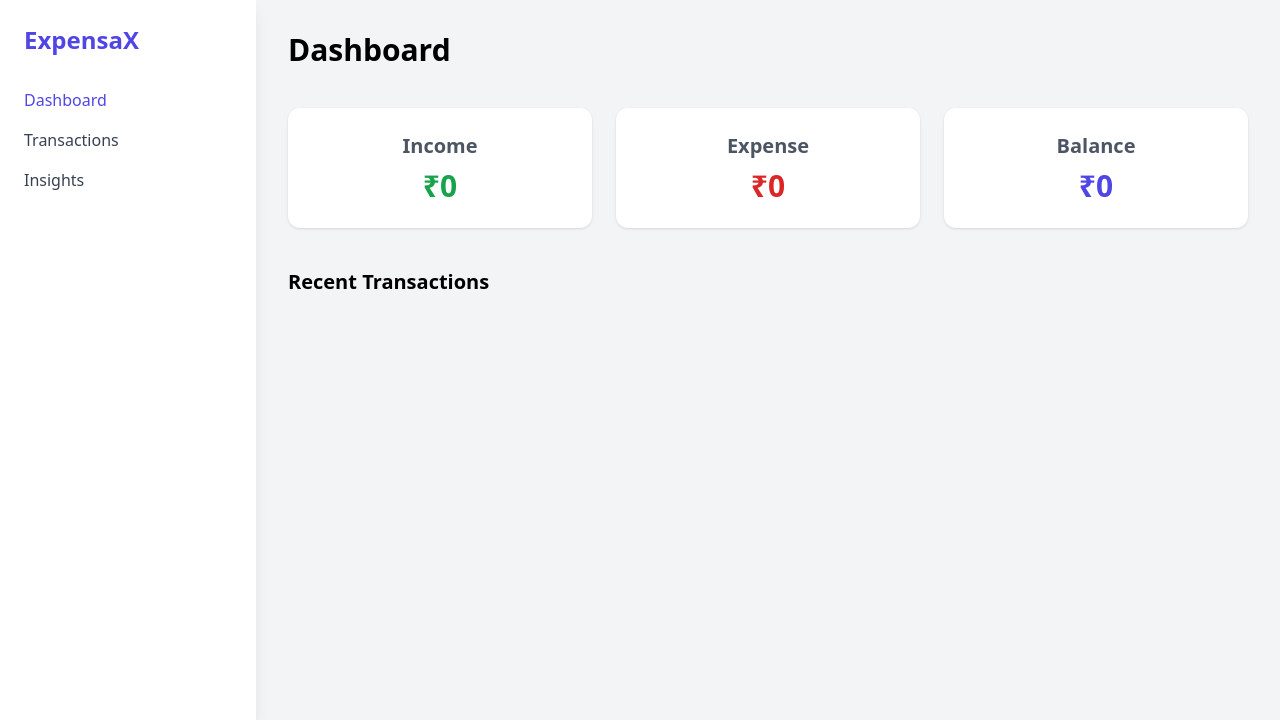
Repository: Shashank1-6/ExpensaX-Personal-Finance-Web-App
Page: frontend/index.html
An editor plug-in stored every save of this project. The page is shown before and after the next save, followed by the edit.
The browser window is 1280 px wide. The pictures show the whole page.
The page's requests for data from a server got no answer. Some web libraries are served in a nearby version.

Above is the page before, as saved 2025-11-22 20:46:31.
Console error: TypeError: Cannot set properties of null (setting 'innerText')

### frontend/index.html
<!DOCTYPE html>
<html lang="en">
<head>
  <meta charset="UTF-8" />
  <meta name="viewport" content="width=device-width, initial-scale=1.0" />
  <title>ExpensaX - Dashboard</title>

  <!-- Tailwind CDN -->
  <script src="https://cdn.tailwindcss.com"></script>
</head>

<body class="bg-gray-100 flex">

  <!-- Sidebar -->
  <aside class="w-64 h-screen bg-white shadow-lg fixed left-0 top-0 p-6">
    <h2 class="text-2xl font-bold text-indigo-600 mb-8">ExpensaX</h2>

    <nav class="space-y-4">
      <a href="index.html" class="block font-medium text-indigo-600">Dashboard</a>
      <a href="transactions.html" class="block font-medium text-gray-700 hover:text-indigo-600">Transactions</a>
      <a href="insights.html" class="block font-medium text-gray-700 hover:text-indigo-600">Insights</a>
    </nav>
  </aside>

  <!-- Main Content -->
  <main class="ml-64 w-full p-8">

    <!-- Header -->
    <div class="mb-10">
      <h1 class="text-3xl font-bold">Dashboard</h1>
    </div>

    <!-- Summary Cards -->
    <div class="grid grid-cols-1 md:grid-cols-3 gap-6 mb-10">
      <div class="p-6 bg-white rounded-xl shadow text-center">
        <h3 class="text-xl font-semibold text-gray-600">Income</h3>
        <p id="incomeValue" class="text-3xl font-bold text-green-600 mt-2">₹0</p>
      </div>

      <div class="p-6 bg-white rounded-xl shadow text-center">
        <h3 class="text-xl font-semibold text-gray-600">Expense</h3>
        <p id="expenseValue" class="text-3xl font-bold text-red-600 mt-2">₹0</p>
      </div>

      <div class="p-6 bg-white rounded-xl shadow text-center">
        <h3 class="text-xl font-semibold text-gray-600">Balance</h3>
        <p id="balanceValue" class="text-3xl font-bold text-indigo-600 mt-2">₹0</p>
      </div>
    </div>

    <!-- Recent Transactions -->
    <h2 class="text-xl font-bold mb-4">Recent Transactions</h2>
    <ul id="recentList" class="space-y-4"></ul>

  </main>

  <script type="module" src="js/api.js"></script>
  <script type="module" src="js/dashboard.js"></script>
</body>
</html>

### frontend/js/api.js
// api.js - central API helper

export const API_BASE_URL = "http://localhost:5000/api";

// GET /api/transactions
export async function fetchTransactions() {
  try {
    const res = await fetch(`${API_BASE_URL}/transactions`);
    return await res.json();
  } catch (err) {
    console.error("Error fetching transactions:", err);
    return [];
  }
}

// GET /api/transactions/stats
export async function fetchStats() {
  try {
    const res = await fetch(`${API_BASE_URL}/transactions/stats`);
    return await res.json();
  } catch (err) {
    console.error("Error fetching stats:", err);
    return { income: 0, expense: 0, balance: 0 };
  }
}

// POST /api/transactions
export async function addTransaction(data) {
  try {
    const res = await fetch(`${API_BASE_URL}/transactions`, {
      method: "POST",
      headers: { "Content-Type": "application/json" },
      body: JSON.stringify(data),
    });
    return await res.json();
  } catch (err) {
    console.error("Error adding transaction:", err);
  }
}

// DELETE /api/transactions/:id
export async function deleteTransaction(id) {
  try {
    await fetch(`${API_BASE_URL}/transactions/${id}`, {
      method: "DELETE",
    });
  } catch (err) {
    console.error("Error deleting transaction:", err);
  }
}

### frontend/js/dashboard.js
// dashboard.js (Full File)
// Connects UI with backend stats & charts

import { fetchStats, fetchTransactions } from "./api.js";

document.addEventListener("DOMContentLoaded", async () => {

  // 1️⃣ Get summary values from backend
  const stats = await fetchStats();
  if (stats) {
    document.getElementById("income").innerText = `₹ ${stats.income}`;
    document.getElementById("expense").innerText = `₹ ${stats.expense}`;
    document.getElementById("balance").innerText = `₹ ${stats.balance}`;
  }

  // 2️⃣ Get transactions
  const transactions = await fetchTransactions();

  // Format monthly numbers for bar chart
  const monthlyTotals = Array(12).fill(0);
  const monthNames = ["Jan","Feb","Mar","Apr","May","Jun","Jul","Aug","Sep","Oct","Nov","Dec"];

  transactions.forEach(t => {
    const month = new Date(t.date).getMonth();
    monthlyTotals[month] += t.amount * (t.type === "expense" ? -1 : 1);
  });

  // Render Bar Chart
  var bar = new ApexCharts(document.querySelector("#barChart"), {
    chart: { type: "bar", height: 250 },
    series: [{ name: "Net Amount", data: monthlyTotals }],
    xaxis: { categories: monthNames }
  });
  bar.render();

  // Render Pie Chart (category sum)
  const categoryTotals = {};
  transactions.forEach(t => {
    if (!categoryTotals[t.category]) categoryTotals[t.category] = 0;
    categoryTotals[t.category] += t.amount;
  });

  var pie = new ApexCharts(document.querySelector("#pieChart"), {
    chart: { type: "pie", height: 250 },
    series: Object.values(categoryTotals),
    labels: Object.keys(categoryTotals)
  });
  pie.render();

});

After the next save:
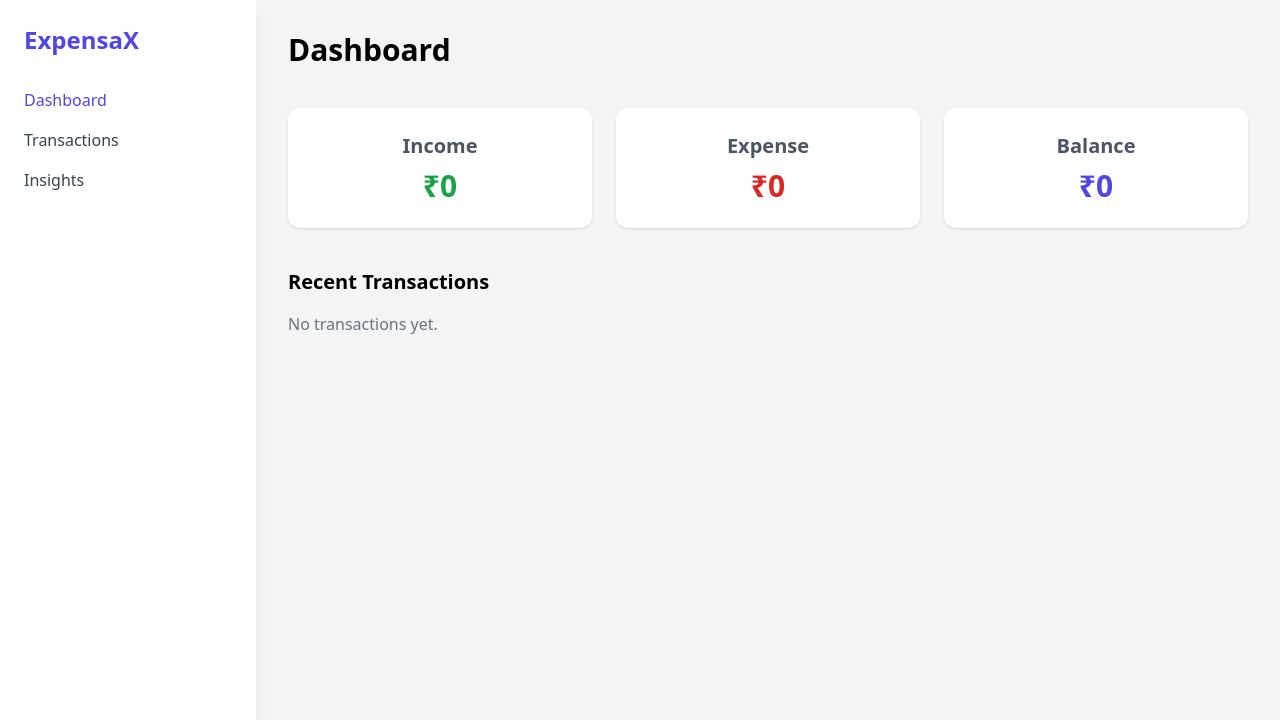
The error is gone.
Saved 33 s later.
--- a/frontend/js/dashboard.js
+++ b/frontend/js/dashboard.js
@@ -1,50 +1,36 @@
-// dashboard.js (Full File)
-// Connects UI with backend stats & charts
-
 import { fetchStats, fetchTransactions } from "./api.js";
 
 document.addEventListener("DOMContentLoaded", async () => {
+  // Load stats
+  const stats = await fetchStats();
+  document.getElementById("incomeValue").textContent = `₹${stats.income || 0}`;
+  document.getElementById("expenseValue").textContent = `₹${stats.expense || 0}`;
+  document.getElementById("balanceValue").textContent = `₹${stats.balance || 0}`;
 
-  // 1️⃣ Get summary values from backend
-  const stats = await fetchStats();
-  if (stats) {
-    document.getElementById("income").innerText = `₹ ${stats.income}`;
-    document.getElementById("expense").innerText = `₹ ${stats.expense}`;
-    document.getElementById("balance").innerText = `₹ ${stats.balance}`;
+  // Load recent transactions
+  const list = document.getElementById("recentList");
+  const all = await fetchTransactions();
+  const recent = all.slice(0, 5);
+
+  list.innerHTML = "";
+
+  if (recent.length === 0) {
+    list.innerHTML = `<li class="text-gray-500">No transactions yet.</li>`;
+    return;
   }
 
-  // 2️⃣ Get transactions
-  const transactions = await fetchTransactions();
-
-  // Format monthly numbers for bar chart
-  const monthlyTotals = Array(12).fill(0);
-  const monthNames = ["Jan","Feb","Mar","Apr","May","Jun","Jul","Aug","Sep","Oct","Nov","Dec"];
-
-  transactions.forEach(t => {
-    const month = new Date(t.date).getMonth();
-    monthlyTotals[month] += t.amount * (t.type === "expense" ? -1 : 1);
+  recent.forEach(t => {
+    const li = document.createElement("li");
+    li.className = "bg-white p-4 rounded-xl shadow flex justify-between items-center";
+    li.innerHTML = `
+      <div>
+        <p class="font-semibold">${t.title}</p>
+        <p class="text-sm text-gray-600">${t.category || "-"} • ${new Date(t.date).toLocaleDateString()}</p>
+      </div>
+      <div class="text-right ${t.type === "income" ? "text-green-600" : "text-red-600"} font-bold">
+        ₹${t.amount}
+      </div>
+    `;
+    list.appendChild(li);
   });
-
-  // Render Bar Chart
-  var bar = new ApexCharts(document.querySelector("#barChart"), {
-    chart: { type: "bar", height: 250 },
-    series: [{ name: "Net Amount", data: monthlyTotals }],
-    xaxis: { categories: monthNames }
-  });
-  bar.render();
-
-  // Render Pie Chart (category sum)
-  const categoryTotals = {};
-  transactions.forEach(t => {
-    if (!categoryTotals[t.category]) categoryTotals[t.category] = 0;
-    categoryTotals[t.category] += t.amount;
-  });
-
-  var pie = new ApexCharts(document.querySelector("#pieChart"), {
-    chart: { type: "pie", height: 250 },
-    series: Object.values(categoryTotals),
-    labels: Object.keys(categoryTotals)
-  });
-  pie.render();
-
 });
